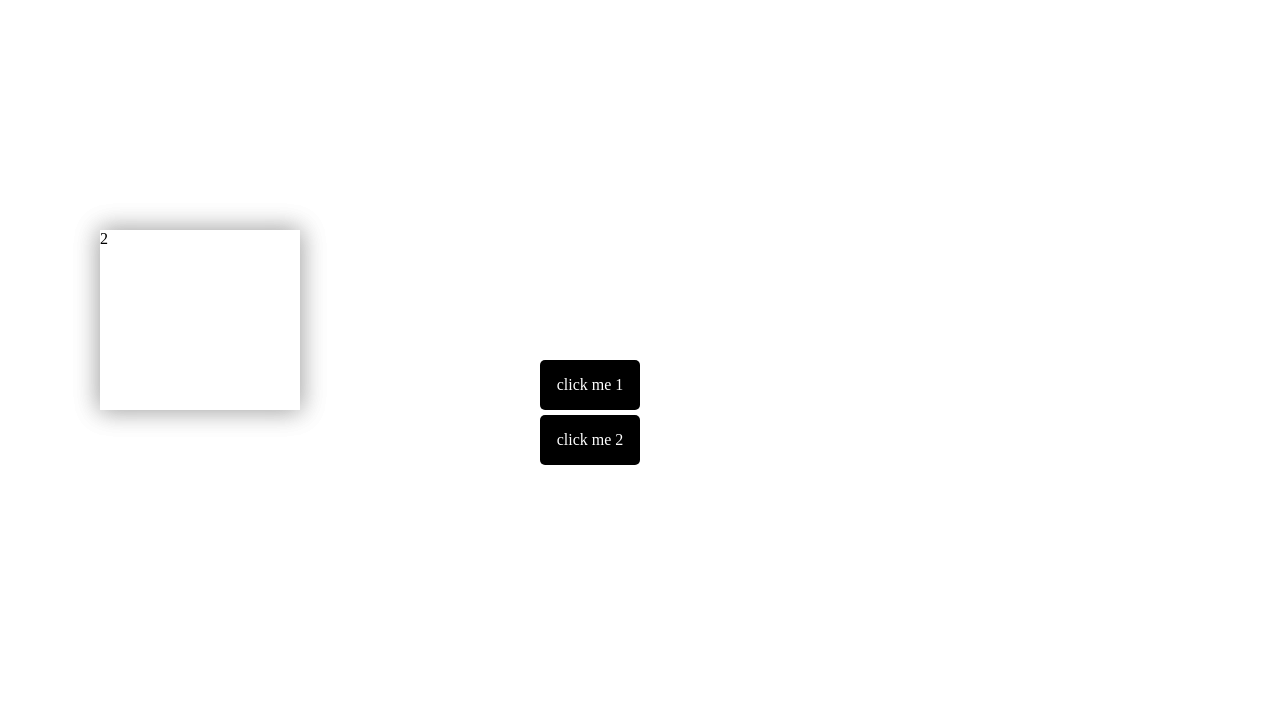
Repository: NguyenDucHung20002/project-demo2
Page: test/test2.html
These files come from the project's save history. The page is drawn as it stood at one moment and after the next save; the edit follows.
The browser window is 1280 px wide. The pictures show the whole page.
The style sheet was rebuilt from its Sass, Less or Tailwind sources for each picture, by a compiler version that may differ from the author's.

Above is the page before, as saved 2022-05-21 17:07:46.

### test/test2.html
<!DOCTYPE html>
<html lang="en">
  <head>
    <meta charset="UTF-8" />
    <meta http-equiv="X-UA-Compatible" content="IE=edge" />
    <meta name="viewport" content="width=device-width, initial-scale=1.0" />
    <link rel="stylesheet" href="../dist/css/test2.css" />
    <link rel="stylesheet" href="/reset.css" />
    <title>Document</title>
  </head>
  <body>
    <div class="wrpaper-btn">
      <div data-id="1" class="btn">click me 1</div>
      <div data-id="2" class="btn">click me 2</div>
    </div>
    <div class="active-added-product">
      <div class="added-product">1</div>
      <div class="added-product">2</div>
    </div>
  </body>
  <script
    src="https://cdnjs.cloudflare.com/ajax/libs/jquery/3.6.0/jquery.min.js"
    integrity="sha512-894YE6QWD5I59HgZOGReFYm4dnWc1Qt5NtvYSaNcOP+u1T9qYdvdihz0PPSiiqn/+/3e7Jo4EaG7TubfWGUrMQ=="
    crossorigin="anonymous"
    referrerpolicy="no-referrer"
  ></script>
  <script src="test2.js"></script>
</html>

### reset.css
*,
*::after,
*::before {
  margin: 0;
  padding: 0;
  box-sizing: border-box;
}
a {
  text-decoration: none;
  /* mặc đinh là text-decoration: underline; */
}
ul,
ol {
  list-style: none;
}
input,
button {
  outline: none;
  border: none;
  background: none;
}
table,
th,
td {
  border-collapse: collapse;
}

### test/test2.js
const viewProduct = [];
$(".btn").click(function (e) {
  e.preventDefault();
  const id = $(this).data("id");
  const div = document.createElement("div");
  div.classList.add("added-product");
  div.innerHTML = `<div class="name">hihi ${id}</div>`;
  document.querySelector(".active-added-product").appendChild(div);
  let countShowProduct = document.querySelectorAll(".added-product");
  $(".added-product").last().addClass("show-product");
  if (countShowProduct.length >= 3) {
    $(".added-product").first().addClass("hidden-product");
    setTimeout(() => {
      $(".added-product").first().remove();
    }, 200);
  }
});

### test/test2.scss
.wrpaper-btn{
  position: absolute;
  top: 50%;
  right: 50%;
  .btn{
    margin-bottom: 5px;
    width: 100px;
    height: 50px;
    background-color: black;
    color: white;
    border-radius: 5px;
    text-align: center;
    line-height: 50px;
    cursor: pointer;
  }
}
.show-product{
  &:last-child{
    opacity: 0;
    transform: translateX(-300px);
    animation: show 0.2s linear forwards;
  }
}
.hidden-product{
  &:first-child{
    animation: hidden 0.2s linear forwards;
  }
}
.active-added-product{
  position: absolute;
  bottom: 100px;
  left: 100px;
  transition: 0.3s;
  .added-product{
    &:nth-child(2n){
      transform: translateY(-210px);
    }
    transition: 0.2s;
    width: 200px;
    height: 180px;
    background-color: white;
    box-shadow: 0px 0px 24px 1px rgba(0, 0, 0, 0.21);
    margin-top: 30px;
  }
}
@keyframes show {
  to{
    opacity: 1;
    transform: translate(0);
  }
}
@keyframes hidden {
  to{
    opacity: 0;
    transform: translateX(-300px);
  }
}

After the next save:
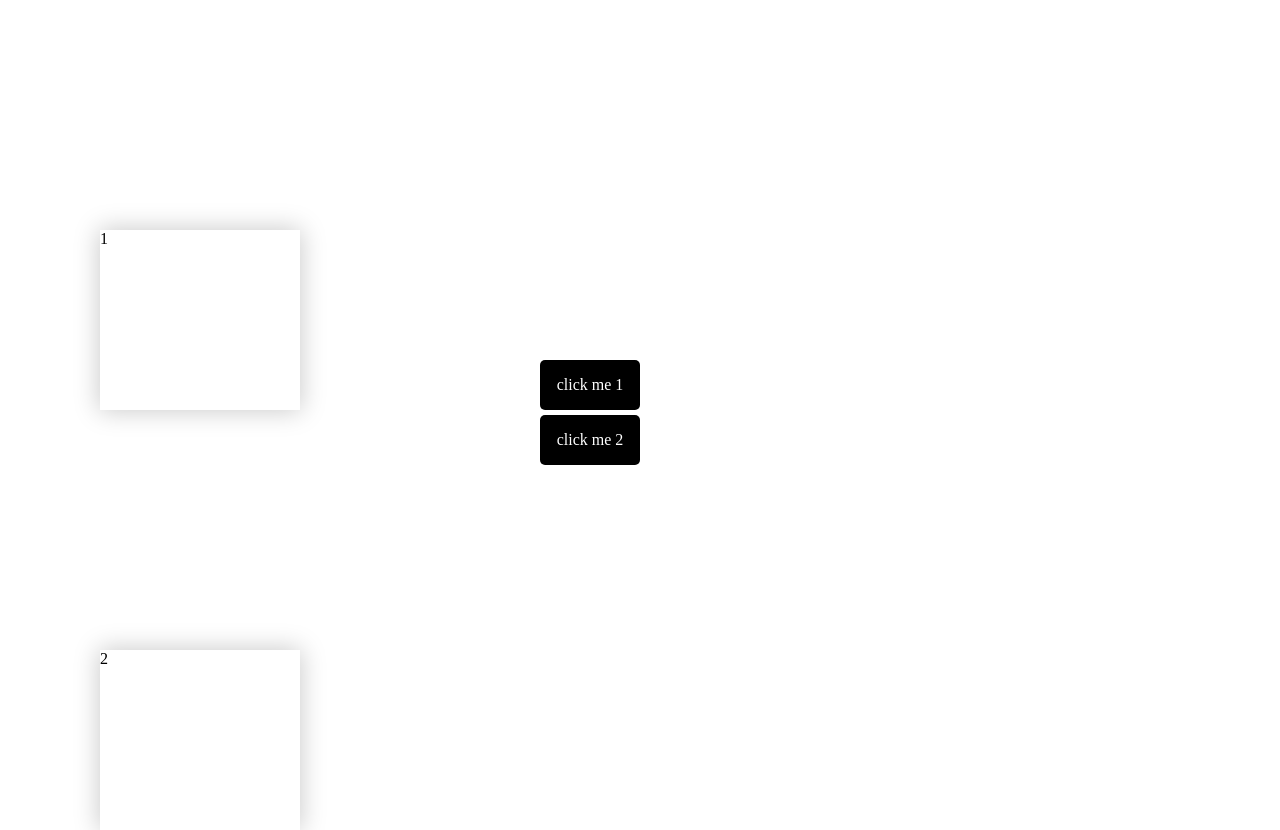
Saved 14 s later.
--- a/test/test2.scss
+++ b/test/test2.scss
@@ -33,7 +33,7 @@
   transition: 0.3s;
   .added-product{
     &:nth-child(2n){
-      transform: translateY(-210px);
+      transform: translateY(210px);
     }
     transition: 0.2s;
     width: 200px;
